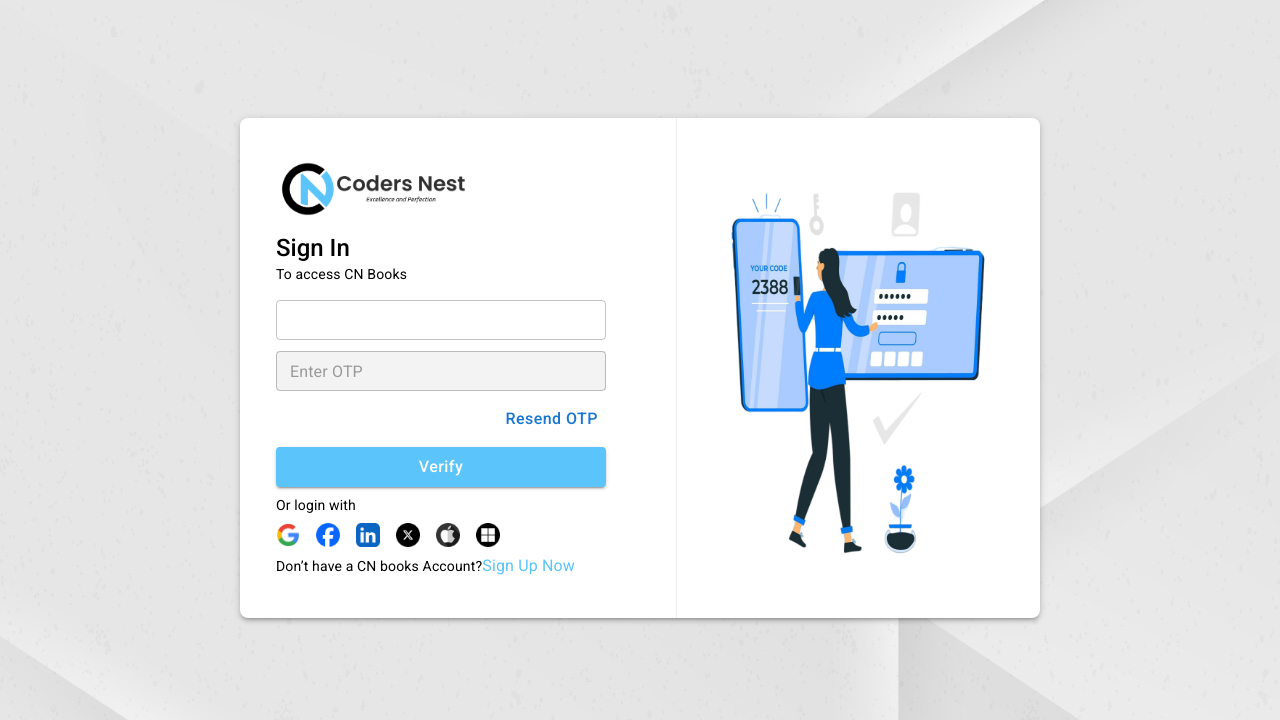
Repository: wajahadalishaik04/CN_Books
Page: /otpscreen
An editor plug-in stored every save of this project. The page is shown before and after the next save, followed by the edit.
The browser window is 1280 px wide. The pictures show the whole page.
The project was rebuilt for these pictures with package versions that can differ from the ones it lists, and the page was loaded fresh each time. Also part of the build but not shown: vite.config.js, src/pages/LoginScreen.jsx, src/pages/Signin.jsx, src/pages/SignUp.jsx, src/pages/VerifyScreen.jsx, src/components/Header.jsx, src/components/SideBar.jsx, src/components/Content.jsx and 7 more.

Above is the page before, as saved 2024-09-30 18:13:47.

### index.html
<!DOCTYPE html>
<html lang="en">
  <head>
    <meta charset="UTF-8" />
    <link rel="preconnect" href="https://fonts.googleapis.com" />
    <link rel="preconnect" href="https://fonts.gstatic.com" crossorigin />
    <link
      rel="stylesheet"
      href="https://fonts.googleapis.com/css2?family=Roboto:wght@300;400;500;700&display=swap"
    />

    <meta name="viewport" content="width=device-width, initial-scale=1.0" />
    <title>CN_BOOKS</title>
  </head>
  <body>

    <div id="root"></div>
    <script type="module" src="/src/main.jsx"></script>
  </body>
</html>

### src/main.jsx
import { createRoot } from 'react-dom/client'
import App from './App.jsx'
import { Provider } from 'react-redux'
import store from './store/store.js'
import './styles/index.css'
createRoot(document.getElementById('root')).render(
 <Provider store={store}>
   <App />
 </Provider>
)

### src/App.jsx
import React from "react";
import LoginScreen from "./pages/LoginScreen";
import { BrowserRouter, Routes, Route, Navigate } from "react-router-dom";
import Signin from "./pages/Signin";
import { useSelector } from "react-redux";
import OtpScreen from "./pages/OtpScreen";
import SignUp from "./pages/SignUp";
import VerifyScreen from "./pages/VerifyScreen";
import DashboardScreen from "./pages/DashboardScreen";
import SideBar from "./components/SideBar";
import Header from "./components/Header";
import Customer from "./pages/Customer";
import WrapComponent from "./pages/WrapComponent";
import Category from "./pages/Category";
import NewCustomer from "./pages/customerscreens/NewCustomer";

const App = () => {
  const { user } = useSelector((e) => e.userReducer);
  return (
    <>
      <BrowserRouter>
        <Routes>
          <Route element={<WrapComponent />}>
            <Route path="/dashboardscreen" element={<DashboardScreen />} />
            <Route path="/customer" element={<Customer />} />
            <Route path="/category" element={<Category />} />
            <Route path="/newcustomer" element={<NewCustomer />} />

          </Route>
          <Route
            path="/"
            element={<Navigate to={user ? "/signin" : "/LoginScreen"} />}
          />
          <Route
            path="/signin"
            element={user ? <Navigate to={"/dashboardscreen"} /> : <Signin />}
          />
          <Route path="/loginscreen" element={<LoginScreen />} />
          <Route path="/otpscreen" element={<OtpScreen />} />
          <Route path="/signup" element={<SignUp />} />
          <Route path="/verifyscreen" element={<VerifyScreen />} />
        </Routes>
      </BrowserRouter>
    </>
  );
};

export default App;

### src/store/store.js
import { configureStore } from "@reduxjs/toolkit";
import { userReducer } from "./reducer";

const store = configureStore({
    reducer:{userReducer}
})
export default store;

### src/styles/index.css
*
{
    margin: 0;
    padding: 0;
    border: none;

}
.img
{
    background-color: red;
    background-clip: content-box;
    -webkit-background-clip: content-box;
    visibility: hidden;
}

### src/pages/OtpScreen.jsx
import React, { useState, useEffect } from "react";
import {
  Box,
  Button,
  TextField,
  Typography,
  Snackbar,
  Alert,
  styled,
} from "@mui/material";
import { images } from "../utils/ImgUtils";
import { Link, useLocation, useNavigate } from "react-router-dom";

const OtpScreen = () => {
  const [otp, setOtp] = useState(""); // Store entered OTP
  const [sentOtp, setSentOtp] = useState(""); // Store generated OTP
  const [error, setError] = useState(""); // Store error messages
  const [resendDisabled, setResendDisabled] = useState(false); // Timer control for Resend OTP button
  const [snackbarOpen, setSnackbarOpen] = useState(false); // Snackbar control
  const [snackbarMessage, setSnackbarMessage] = useState(""); // Snackbar message
  const [successSnackbarOpen, setSuccessSnackbarOpen] = useState(false); // Success Snackbar
  const [timer, setTimer] = useState(0); // Timer state for Resend button

  const navigate = useNavigate();
  const location = useLocation();
  const { emailMobile } = location.state || {};

  // Styled Resend Button
  const ResendOtp = styled(Button)({
    textTransform: "none",
    fontSize: "1rem",
  });

  // Function to generate OTP
  const generateOtp = () => {
    const randomOtp = Math.floor(100000 + Math.random() * 900000).toString(); // Generate a 6-digit OTP
    setSentOtp(randomOtp); // Store the OTP
    return randomOtp;
  };

  // Function to show snackbar
  const handleSnackbarOpen = (message) => {
    setSnackbarMessage(message);
    setSnackbarOpen(true);
  };

  const handleSnackbarClose = () => {
    setSnackbarOpen(false);
  };

  const handleSuccessSnackbarClose = () => {
    setSuccessSnackbarOpen(false);
  };

  // Function to send OTP (called on "Sent" button click)
  const sendOtp = () => {
    const otp = generateOtp(); // Generate OTP locally
    handleSnackbarOpen(`OTP: ${otp}`); // Show OTP in snackbar
  };

  // Resend OTP with 30-second timer
  const handleResendOtp = () => {
    sendOtp(); // Generate and display the OTP
    setResendDisabled(true);
    setTimer(30); // Set the countdown timer to 30 seconds
  };

  // Timer countdown for the Resend button
  useEffect(() => {
    if (timer > 0) {
      const countdown = setInterval(() => {
        setTimer((prev) => prev - 1);
      }, 1000);

      return () => clearInterval(countdown);
    } else {
      setResendDisabled(false); // Enable the Resend button after timer ends
    }
  }, [timer]);

  // Handle OTP submission and verification
  const handleSubmit = () => {
    if (!otp) {
      setError("OTP is required."); // Show error if no OTP is entered
    } else if (otp !== sentOtp) {
      setError("Invalid OTP. Please try again.");
    } else {
      setError(""); // Clear error on successful OTP
      setSuccessSnackbarOpen(true); // Show success message
      setTimeout(() => {
        navigate("/dashboardscreen"); // Navigate to the next screen after success
      }, 2000); // Delay navigation to show the success message
    }
  };

  return (
    <Box
      display="flex"
      justifyContent="center"
      alignItems="center"
      width="100%"
      height="100vh"
      sx={{ backgroundImage: "url(/images/BackgroundImg.jpeg)" }}
    >
      <Box
        display="flex"
        bgcolor="#fff"
        boxShadow={3}
        marginTop={2}
        borderRadius="8px"
        overflow="hidden"
        width="800px"
        height="500px"
      >
        {/* Left Side - OTP Form */}
        <Box flex={1} p={4.5} mt={1} component={"form"}>
          <Box flex={1} sx={{ width: "330px" }}>
            <Box
              display="flex"
              justifyContent="space-between"
              alignItems="center"
            >
              <img
                src={images.codersnestLogo}
                alt="Logo"
                style={{ width: 200 }}
              />
            </Box>
            <Typography variant="h5" fontWeight={500} mt={2}>
              Sign In
            </Typography>
            <Typography variant="body2" color="default" mb={2}>
              To access CN Books
            </Typography>

            <TextField
              sx={{ marginBottom: 1.4 }}
              size="small"
              fullWidth
              defaultValue={emailMobile}
              InputProps={{ readOnly: true }} // Read-only input for email/mobile
            />

            <TextField
              size="small"
              type="text"
              placeholder="Enter OTP"
              fullWidth
              value={otp}
              onChange={(e) => setOtp(e.target.value)}
              sx={{
                fontWeight: "500",
                backgroundColor: "#F3F3F3",
                "&:hover": {
                  backgroundColor: "#FFF",
                },
                "& .MuiOutlinedInput-root": {
                  "&.Mui-focused": {
                    backgroundColor: "#EBF9FF",
                    borderColor: "#5BC4FA",
                  },
                },
              }}
              error={!!error} // Show error if there is any
              helperText={error}
            />

            {/* Resend OTP button with timer */}
            <Box sx={{ display: "flex", justifyContent: "flex-end", mt: 1 }}>
              <ResendOtp onClick={handleResendOtp} disabled={resendDisabled}>
                Resend OTP {resendDisabled && `(${timer}s)`}
              </ResendOtp>
            </Box>

            {/* Verify Button */}
            <Button
              onClick={handleSubmit}
              variant="contained"
              fullWidth
              sx={{
                backgroundColor: "#5BC4FA",
                mt: 1,
                textTransform: "none",
                fontSize: "1rem",
              }}
            >
              Verify
            </Button>
            <Typography variant="body2" color="#000000" mt={1}>
              Or login with
            </Typography>
            {/* Social Icons */}
            <Box display="flex" justifyContent="flex-start" gap={2} mt={1}>
              <img src={images.googleicon} width={24} alt="googleicon" />
              <img src={images.facebookicon} width={24} alt="facebookicon" />
              <img src={images.linkedinicon} width={24} alt="linkedinicon" />
              <img src={images.xicon} width={24} alt="xicon" />
              <img src={images.appleicon} width={24} alt="appleicon" />
              <img src={images.windowsicon} width={24} alt="windowsicon" />
            </Box>
            <Typography variant="body2" sx={{ fontWeight: 400 }} mt={1}>
              Don’t have a CN books Account?
              <Link
                to={"/signup"}
                style={{
                  color: "#5BC4FA",
                  fontSize: "1rem",
                  textDecoration: "none",

                }}
              >
                Sign Up Now
              </Link>
            </Typography>

            {/* Snackbar for OTP display */}
            <Snackbar
              open={snackbarOpen}
              autoHideDuration={3000}
              onClose={handleSnackbarClose}
              anchorOrigin={{ vertical: "top", horizontal: "center" }}
            >
              <Alert
                onClose={handleSnackbarClose}
                severity="info"
                sx={{ width: "100%" }}
              >
                {snackbarMessage}
              </Alert>
            </Snackbar>

            {/* Success Snackbar for OTP verification */}
            <Snackbar
              open={successSnackbarOpen}
              autoHideDuration={3000}
              onClose={handleSuccessSnackbarClose}
              anchorOrigin={{ vertical: "top", horizontal: "center" }}
            >
              <Alert
                onClose={handleSuccessSnackbarClose}
                severity="success"
                sx={{ width: "100%" }}
              >
                Sign in was successfully completed!
              </Alert>
            </Snackbar>
          </Box>
        </Box>
        <Box sx={{ borderRight: "1.5px solid #EFEFEF" }}></Box>

        {/* Right Side - Illustration Image */}
        <Box
          flex={1}
          display="flex"
          justifyContent="center"
          alignItems="center"
          sx={{ display: { xs: "none", sm: "flex" } }}
        >
          <img
            src={images.otpImg}
            alt="Illustration"
            width="100%"
            height="100%"
            objectFit
          />
        </Box>
      </Box>
    </Box>
  );
};

export default OtpScreen;

### src/store/reducer.js
import { createReducer } from "@reduxjs/toolkit";

export const userReducer = createReducer({user:null},(builder)=>
{
    builder.addCase("loginUser",(state,action)=>
    {
        state.user = action.payload
    })
})

### src/utils/ImgUtils.js
export const images ={
    backgroundImg:"./images/BackgroundImg.jpeg",
    codersnest:"./images/codersnest.png",
    codersnestLogo:"./images/codersnest1.png",
    loginImg:"./images/login_illustration.png",
    otpImg:"./images/otpImg.png",
    signupImg:"./images/signup.png",
    googleicon:"./images/google-color-icon.png",
    facebookicon:"./images/facebook-round-color-icon.png",
    linkedinicon:"./images/linkedin-app-icon.png",
    xicon:"./images/x-social-media-round-icon.png",
    officemanImg:"./images/officeman.png",
    appleicon:"./images/apple.png",
    windowsicon:"./images/windows.png",
    Arrowdownicon:"./images/Arrowdown.png",
    Customericon:"./images/Customer.png",
    Addressicon:"./images/Address.png",
    Passwordicon:"./images/Password.png",
    Accounticon:"./images/Account.png",
    Logouticon:"./images/Logout.png",
    dashboardwhiteicon:"./images/DashboardWhiteIcon.png",
    dashboardicon:"./images/DashboardIcon.png",
    groupcustomericon:"./images/GroupCustomerIcon.png",
    groupcustomerwhiteicon:"./images/GroupCustomerWhiteIcon.png",
    categoryicon:"./images/categoryicon.png",
    categorywhiteicon:"./images/CategoryWhiteIcon.png",
    editicon:"./images/EditIcon.png",
    binicon:"./images/EditIcon.png",
    editicon:"./images/BinIcon.png",
    hiddenicon:"./images/HiddenIcon.png",
    verticaldoticon:"./images/VerticalDots.png",
    dollararrowicon:"./images/dollarArrow.png",
    doticon:"./images/dotIcon.png"
}

After the next save:
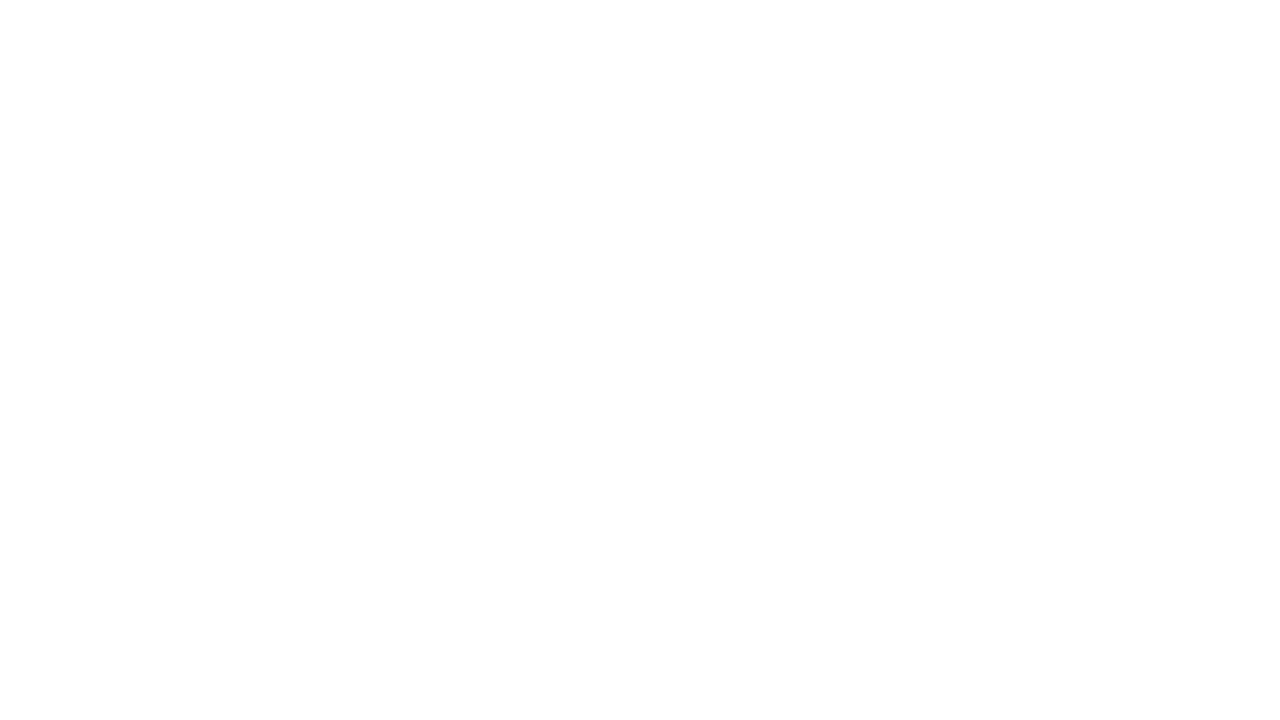
Console error: ReferenceError: mar is not defined
Saved 9 s later.
--- a/src/pages/OtpScreen.jsx
+++ b/src/pages/OtpScreen.jsx
@@ -206,7 +206,7 @@
                   color: "#5BC4FA",
                   fontSize: "1rem",
                   textDecoration: "none",
-
+                  mar
                 }}
               >
                 Sign Up Now

After the 2 saves that followed:
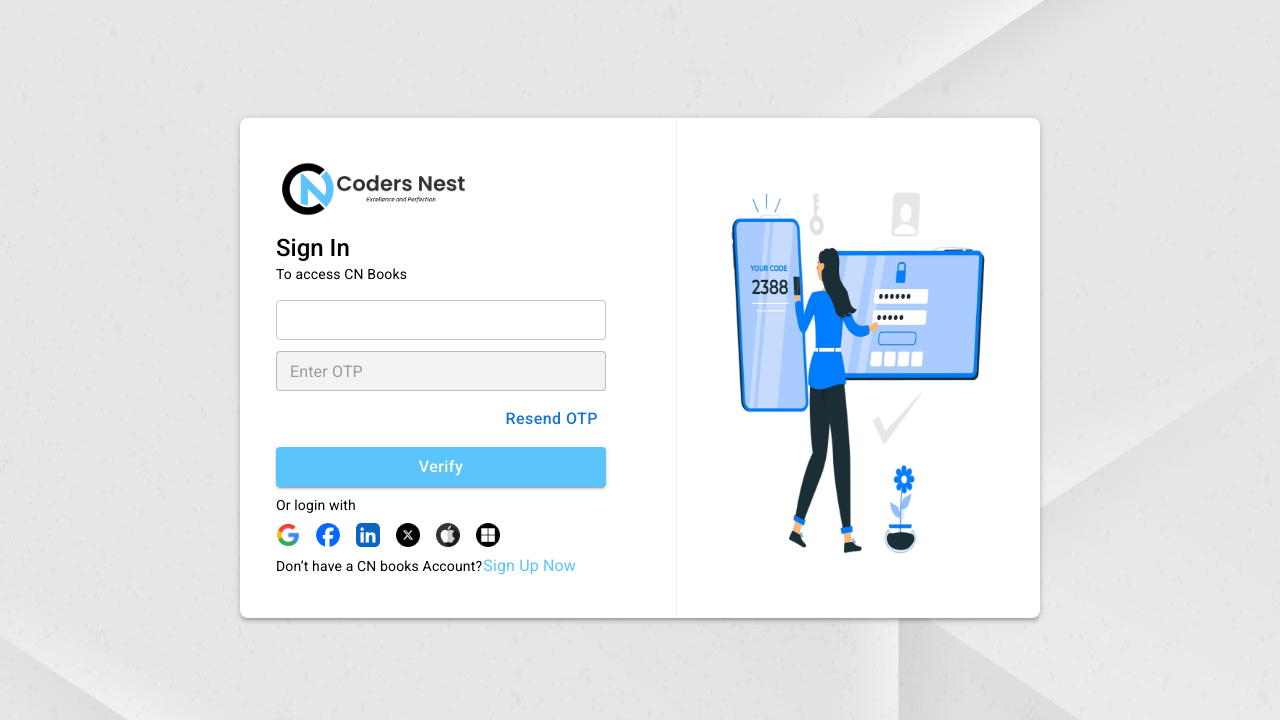
The error is gone.
The 2 saves are shown as one change because they came seconds apart.
The last was saved 6 s later.
--- a/src/pages/OtpScreen.jsx
+++ b/src/pages/OtpScreen.jsx
@@ -206,7 +206,7 @@
                   color: "#5BC4FA",
                   fontSize: "1rem",
                   textDecoration: "none",
-                  mar
+                  marginLeft:1
                 }}
               >
                 Sign Up Now
